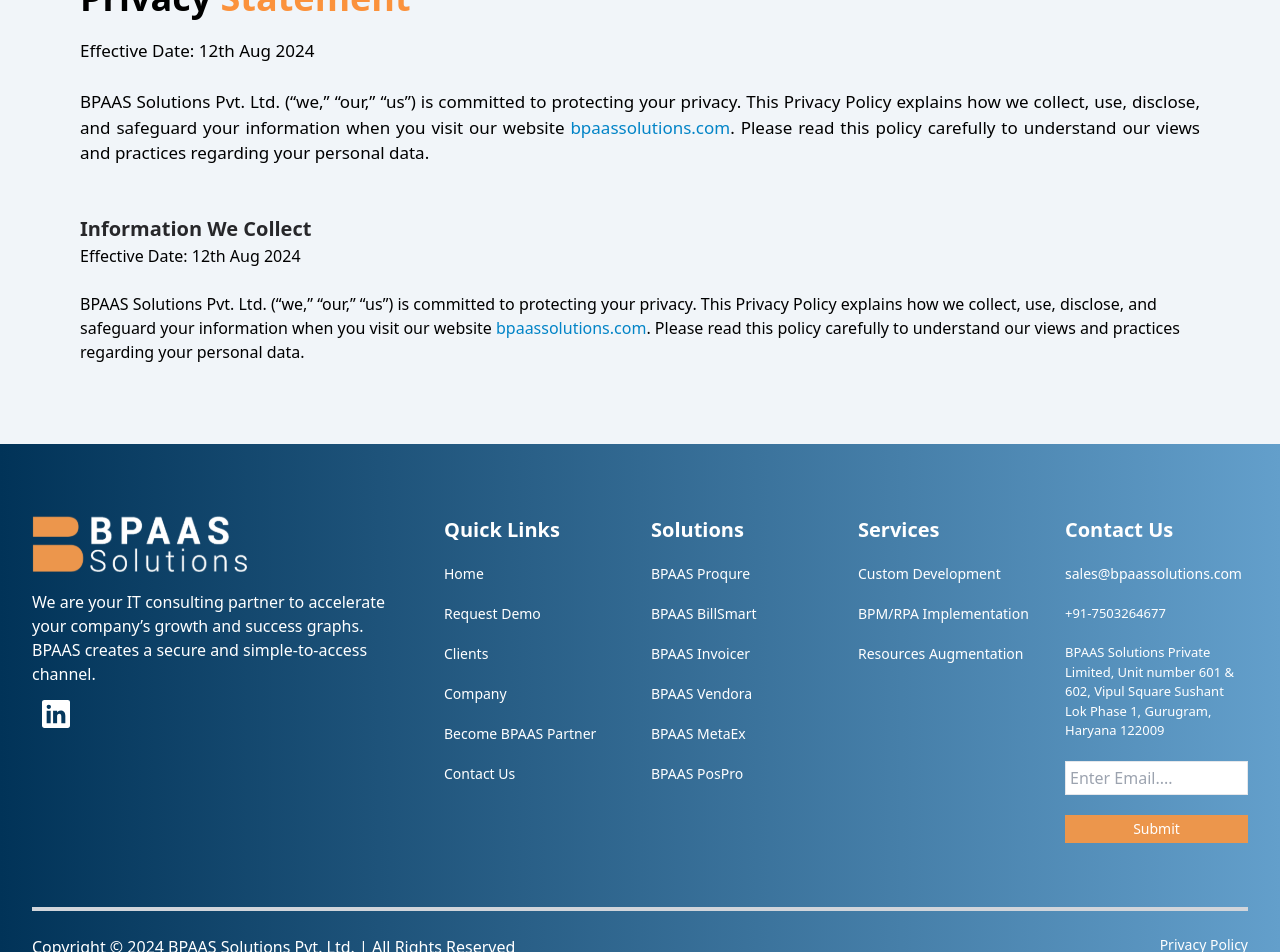
Repository: captainalpha/BP-Website
Page: /services/bp-services
An editor plug-in stored every save of this project. The page is shown before and after the next save, followed by the edit.
The browser window is 1280 px wide. The pictures show the part of the page from y = 758 to 1710 px (the page is 1749 px tall before and 1677 px after).
The project was rebuilt for these pictures with package versions that can differ from the ones it lists, and the page was loaded fresh each time. The framework's server and built-in components were replaced by stand-ins that run in the browser. Also part of the build but not shown: next.config.js, components/common/TopBanner.js, components/common/SectionHeader.js.

Above is the page before, as saved 2024-08-13 15:21:40.

### pages/_app.js
import Navbar from "../components/common/Navbar";
import "../styles/globals.css";
import Footer from "../components/common/Footer";

import "swiper/css";
import "swiper/css/navigation";
import "swiper/css/pagination";



import { motion, AnimatePresence } from "framer-motion";
import CookiesMain from "../components/common/CookiesMain";

// import styles from './slider.module.scss'
function MyApp({ Component, pageProps, router }) {
  const spring = {
    type: "spring",
    damping: 20,
    stiffness: 100,
    when: "afterChildren",
  };
  return (
    <>
      <div className="z-50 scroll-smooth">
        <Navbar />
      </div>
      <AnimatePresence>
        <div className="page-transition-wrapper">
          <motion.div
            transition={spring}
            key={router.pathname}
            initial={{ y: -300, opacity: 0 }}
            animate={{ y: 0, opacity: 1 }}
            exit={{ y: 300, opacity: 0 }}
            id="page-transition-container"
          >
            <Component {...pageProps} /> <Footer />{" "}
            <CookiesMain/>
          </motion.div>
        </div>
      </AnimatePresence>
    </>
  );
}

export default MyApp;

### pages/services/bp-services.js
import TopBanner from "../../components/common/TopBanner";
import SectionHeader from "../../components/common/SectionHeader";
import TopBanner2 from "../../components/common/TopBanner2";
import Image from "next/image";
import Link from "next/link";

function BpServices() {
  return (
    <div>
      <div className="relative">
        <TopBanner2
          image={"/images/policy-service2.jpg"}
          title="Privacy Policy"
          discription="This Privacy Policy explains how we collect, use, disclose, and safeguard your information when you visit our website."
          btnShow={false}
        />
        <div className="absolute top-[1em] right-[10em]">
          <Image
            src="/images/privacypolicy2.png"
            className="w-1/2 mx-auto"
            width="500"
            height="500"
            alt="customer-developement"
          />
        </div>
      </div>

      <div className=" bg-slate-100  p-[5em]">
        <div className="container mx-auto max-w-6xl">
          <div className="text-left">
            <h1 className="lg:text-4xl text-3xl font-bold capitalize ">
              <span>Privacy</span>{" "}
              <span className="text-[#fb923c]">Statement</span>
            </h1>
          </div>
          <div className="mt-5">
            {/* <h1 className="text-1xl font-bold text-zinc-800">Objective:</h1> */}
            <p className="text-[17px] text-justify">
              Effective Date: 12th Aug 2024 <br/><br/> BPAAS Solutions Pvt. Ltd. (“we,”
              “our,” “us”) is committed to protecting your privacy. This Privacy
              Policy explains how we collect, use, disclose, and safeguard your
              information when you visit our website  {' '}
              <Link passHref href="/">
            <a className="text-sky-600 hover:text-orange">
            bpaassolutions.com
            </a>
          </Link>
              . Please read this policy
              carefully to understand our views and practices regarding your
              personal data.
            </p>
          </div>
          <div className="mt-[3em]">
            <h1 className="text-[20px] font-bold text-zinc-800">Information We Collect</h1>
            <p>
              Effective Date: 12th Aug 2024 <br/><br/> BPAAS Solutions Pvt. Ltd. (“we,”
              “our,” “us”) is committed to protecting your privacy. This Privacy
              Policy explains how we collect, use, disclose, and safeguard your
              information when you visit our website  {' '}
              <Link passHref href="/"><a className="text-sky-600 hover:text-orange">bpaassolutions.com</a></Link>.
              Please read this policy carefully to understand our views and practices regarding your personal data.
            </p>
          </div>
        </div>
      </div>
    </div>
  );
}

export default BpServices;

### styles/globals.css
@tailwind base;
@tailwind components;
@tailwind utilities;

.mySwiper {
  padding: 0 3rem;
}
.swiper-button-next {
  color: white;
  font-size: 20px !important;
}
.swiper-button-prev {
  color: white;
  font-size: 20px !important;
}
.swiper-button-prev:after {
  color: white;
  font-size: 20px !important;
}
.swiper-button-next:after {
  color: white;
  font-size: 20px !important;
}
.container-bpaas{
  max-width: 1100px;
}

/* .swiper-button-prev {

  background-image: url("data:[embedded picture, 251 characters]");
} */
.swiper-button-prev:after {

  border: 2px solid white;
  border-radius: 30%;
  /* width: 25%; */
  background: #ec964c;
  padding: 20%;
}
/* .swiper-button-next {
  background-image: url("data:[embedded picture, 251 characters]");
} */
.swiper-button-next:after {

  border: 2px solid white;
  border-radius: 30%;
  /* width: 25%; */
  background: #ec964c;
  padding: 20%;
}

@media only screen and (max-width: 600px) {
  .swiper-button-next:after {
    display: none;
  }
}
@media only screen and (max-width: 600px) {
  .swiper-button-prev:after {
    display: none;
  }
}




/*OEM Modal */
@layer utilities {
  @keyframes modalOpen {
    0% {
      clip-path: polygon(0 0, 0 0, 0 100%, 0 100%);
      opacity: 0;
    }
    100% {
      clip-path: polygon(0 0, 100% 0, 100% 100%, 0 100%);
      opacity: 1;
    }
  }

  @keyframes modalClose {
    0% {
      clip-path: polygon(0 0, 100% 0, 100% 100%, 0 100%);
      opacity: 1;
    }
    100% {
      clip-path: polygon(50% 0, 50% 0, 50% 100%, 50% 100%);
      opacity: 0;
    }
  }

  .animate-modalOpen {
    animation: modalOpen 0.5s forwards;
  }

  .animate-modalClose {
    animation: modalClose 0.5s forwards;
  }

  .custom-aspect-ratio {
    box-shadow: rgba(149, 157, 165, 0.2) 0px 8px 24px;
    aspect-ratio: 3 / 2;
  }
}

### components/common/Footer.js
import Image from "next/image";
import Link from "next/link";

export default function Footer() {
  return (
    <footer className=" bg-gradient-to-r from-primary to-secondary text-white p-5 md:p-8">
      <div className="  py-10 ">
        <div className="lg:grid lg:grid-cols-9 gap-5">
          <div className="w-full  lg:col-span-3">
            <div className=" space-y-3">
              <div className="">
                <Image
                  alt=""
                  src={require("../../assets/bpass-logo-white.svg")}
                />
              </div>

              <p className="max-w-sm mt-4 ">
                We are your IT consulting partner to accelerate your company’s
                growth and success graphs. BPAAS creates a secure and
                simple-to-access channel.
              </p>

              <div className="flex mt-4 ">
                <a
                  href="https://www.linkedin.com/company/bpaas-solutions-pvt-ltd/"
                  className="mx-2 "
                  aria-label="Linkden"
                >
                  <svg className="w-8 h-8 fill-current" viewBox="0 0 512 512">
                    <path d="M444.17,32H70.28C49.85,32,32,46.7,32,66.89V441.61C32,461.91,49.85,480,70.28,480H444.06C464.6,480,480,461.79,480,441.61V66.89C480.12,46.7,464.6,32,444.17,32ZM170.87,405.43H106.69V205.88h64.18ZM141,175.54h-.46c-20.54,0-33.84-15.29-33.84-34.43,0-19.49,13.65-34.42,34.65-34.42s33.85,14.82,34.31,34.42C175.65,160.25,162.35,175.54,141,175.54ZM405.43,405.43H341.25V296.32c0-26.14-9.34-44-32.56-44-17.74,0-28.24,12-32.91,23.69-1.75,4.2-2.22,9.92-2.22,15.76V405.43H209.38V205.88h64.18v27.77c9.34-13.3,23.93-32.44,57.88-32.44,42.13,0,74,27.77,74,87.64Z" />
                  </svg>
                </a>

                {/* <a href="/contact-us" className="mx-2 " aria-label="Facebook">
                  <svg className="w-4 h-4 fill-current" viewBox="0 0 512 512">
                    <path d="M455.27,32H56.73A24.74,24.74,0,0,0,32,56.73V455.27A24.74,24.74,0,0,0,56.73,480H256V304H202.45V240H256V189c0-57.86,40.13-89.36,91.82-89.36,24.73,0,51.33,1.86,57.51,2.68v60.43H364.15c-28.12,0-33.48,13.3-33.48,32.9V240h67l-8.75,64H330.67V480h124.6A24.74,24.74,0,0,0,480,455.27V56.73A24.74,24.74,0,0,0,455.27,32Z" />
                  </svg>
                </a>

                <a href="/contact-us" className="mx-2 " aria-label="Twitter">
                  <svg className="w-4 h-4 fill-current" viewBox="0 0 512 512">
                    <path d="M496,109.5a201.8,201.8,0,0,1-56.55,15.3,97.51,97.51,0,0,0,43.33-53.6,197.74,197.74,0,0,1-62.56,23.5A99.14,99.14,0,0,0,348.31,64c-54.42,0-98.46,43.4-98.46,96.9a93.21,93.21,0,0,0,2.54,22.1,280.7,280.7,0,0,1-203-101.3A95.69,95.69,0,0,0,36,130.4C36,164,53.53,193.7,80,211.1A97.5,97.5,0,0,1,35.22,199v1.2c0,47,34,86.1,79,95a100.76,100.76,0,0,1-25.94,3.4,94.38,94.38,0,0,1-18.51-1.8c12.51,38.5,48.92,66.5,92.05,67.3A199.59,199.59,0,0,1,39.5,405.6,203,203,0,0,1,16,404.2,278.68,278.68,0,0,0,166.74,448c181.36,0,280.44-147.7,280.44-275.8,0-4.2-.11-8.4-.31-12.5A198.48,198.48,0,0,0,496,109.5Z" />
                  </svg>
                </a> */}
              </div>
            </div>
          </div>

          <div className="mt-6 lg:mt-0 lg:flex-1 lg:col-span-6">
            <div className="grid grid-cols-2 gap-6 sm:grid-cols-3 md:grid-cols-4">
              <div className="space-y-5">
                <h3 className="text-xl font-bold ">Quick Links</h3>
                <Link passHref href="/">
                  <a className="block  text-sm  hover:underline hover:text-orange">
                    Home
                  </a>
                </Link>

                <Link passHref href="/request-demo">
                  <a className="block  text-sm  hover:underline hover:text-orange">
                    Request Demo
                  </a>
                </Link>
                <Link passHref href="/clients">
                  <a className="block  text-sm  hover:underline hover:text-orange">
                    Clients
                  </a>
                </Link>
                <Link passHref href="/about-us">
                  <a className="block  text-sm  hover:underline hover:text-orange">
                    Company
                  </a>
                </Link>
                <Link passHref href="/become-partner">
                  <a className="block  text-sm  hover:underline hover:text-orange">
                    Become BPAAS Partner
                  </a>
                </Link>
                <Link passHref href="/contact-us">
                  <a className="block  text-sm  hover:underline hover:text-orange">
                    Contact Us
                  </a>
                </Link>
              </div>

              <div className="space-y-5">
                <h3 className="text-xl font-bold">Solutions</h3>
                <Link passHref href="/solutions/bpaas-proqure">
                  <a className="block  text-sm  hover:underline hover:text-orange">
                    BPAAS Proqure
                  </a>
                </Link>
                <Link passHref href="/solutions/bpaas-billsmart">
                  <a className="block  text-sm  hover:underline hover:text-orange">
                    BPAAS BillSmart
                  </a>
                </Link>
                <Link passHref href="/solutions/bpaas-invoicer">
                  <a className="block  text-sm  hover:underline hover:text-orange">
                    BPAAS Invoicer
                  </a>
                </Link>
                <Link passHref href="/solutions/bpaas-vendora">
                  <a className="block  text-sm  hover:underline hover:text-orange">
                    BPAAS Vendora
                  </a>
                </Link>
                {/* <Link passHref href="/solutions/bpaas-smartex">
                  <a className="block  text-sm  hover:underline hover:text-orange">
                    BPAAS SmartEx
                  </a>
                </Link> */}
                <a
                  className="block  text-sm  hover:underline hover:text-orange"
                  href="https://metasolve.io/"
                  target="_blank"
                  rel="noreferrer"
                >
                  BPAAS MetaEx
                </a>
                <Link passHref href="/solutions/bpaas-pospro">
                  <a className="block  text-sm  hover:underline hover:text-orange">
                    BPAAS PosPro
                  </a>
                </Link>
              </div>

              <div className="space-y-5">
                <h3 className=" text-xl font-bold  ">Services</h3>

                <Link passHref href="/services/custom-development">
                  <a className="block  text-sm  hover:underline hover:text-orange">
                    Custom Development
                  </a>
                </Link>
                <Link passHref href="/services/bpm-rpa-implementation">
                  <a className="block  text-sm  hover:underline hover:text-orange">
                    BPM/RPA Implementation
                  </a>
                </Link>
                <Link passHref href="/services/resource-augmentation">
                  <a className="block  text-sm  hover:underline hover:text-orange">
                    Resources Augmentation
                  </a>
                </Link>
              </div>

              <div className="space-y-5">
                <h3 className=" text-xl font-bold ">Contact Us</h3>
                {/* <span className="block  text-sm  hover:underline hover:text-orange">
                  abhishek.kumar@bpaassolutions.com
                </span> */}
                <span className="block  text-sm  hover:underline hover:text-orange">
                  sales@bpaassolutions.com
                </span>
                <span className="block  text-[13px]  hover:underline hover:text-orange">
                  +91-7503264677
                </span>
                <span className="block  text-[13px]  hover:underline hover:text-orange">
                  BPAAS Solutions Private Limited, Unit number 601 & 602, Vipul
                  Square Sushant Lok Phase 1, Gurugram, Haryana 122009
                </span>
                <input
                  className="block p-1 outline-none border text-black w-full"
                  placeholder="Enter Email...."
                />
                <button className="text-sm bg-orange px-2 py-1 w-full">
                  Submit
                </button>
              </div>
            </div>
          </div>
        </div>
      </div>
      <hr className="h-1 w-full my-6 bg-gray-300 border-none " />

      <div className="flex justify-between">
        <div>
          <p className="text-center text-white">
            Copyright © 2024 BPAAS Solutions Pvt. Ltd. | All Rights Reserved
          </p>
        </div>
        <div>
          <Link passHref href="/services/bp-services">
            <a className="block  text-sm  hover:underline hover:text-orange">
            Privacy Policy
            </a>
          </Link>
        </div>
      </div>
    </footer>
  );
}

### components/common/CookiesMain.js
import { useState, useEffect } from 'react';
import Cookies from 'js-cookie';


const CookiesMain = () => {
    const [showBanner, setShowBanner] = useState(false);

  useEffect(() => {
    const consent = Cookies.get('cookie-consent');
    if (!consent) {
      setShowBanner(true);
    }
  }, []);

  const acceptCookies = () => {
    Cookies.set('cookie-consent', 'true', { expires: 365 });
    setShowBanner(false);
  };

  if (!showBanner) return null;
  return (
    <>

    <div className="fixed bottom-0 left-0 right-0 bg-gray-800 text-white p-4 flex justify-between items-center z-50">
      <span>We use cookies to improve your experience. By using our website, you agree to our cookie policy.</span>
      <button
        onClick={acceptCookies}
        className="bg-orange text-white px-4 md:px-10 py-2"
      >
        Accept
      </button>
    </div>

    </>
  )
}
export default CookiesMain

### components/common/TopBanner2.js
import Link from "next/link";
function TopBanner2({ image, title, discription, onClick,btnShow}) {
  return (
    <div
      style={{ backgroundImage: `url(${image})` }}
      className={`lg:h-[80vh] h-[60vh] mt-20 w-full text-white flex p-10 items-center bg-no-repeat bg-cover `}
    >
      <div className="space-y-4 lg:w-1/2  md:text-left">
        <h1 className="lg:text-5xl text-3xl font-bold capitalize ">{title}</h1>
        <p className="w-full lg:text-xl lg:text-justify tracking-tighter">
          {discription}
        </p>
    {btnShow&&(
        <Link passHref href="/request-demo">
          <button className="px-8 py-2  border-white border-2 hover:bg-orange font-medium text-xl">
            Request Demo
          </button>
        </Link>
    )}
      </div>
    </div>
  );
}

export default TopBanner2;

### tailwind.config.js
module.exports = {
  content: [
    "./pages/**/*.{js,ts,jsx,tsx}",
    "./components/**/*.{js,ts,jsx,tsx}",
  ],
  theme: {
    extend: {
      keyframes: {
        modalOpen: {
          '0%': { transform: 'scale(0)', opacity: 0 },
          '100%': { transform: 'scale(1)', opacity: 1 },
        },
        modalClose: {
          '0%': { transform: 'scale(1)', opacity: 1 },

        },
        fragmentIn: {
          '0%': { opacity: 0, transform: 'translate(-50px, -50px)' },
          '100%': { opacity: 1, transform: 'translate(0, 0)' },
        },
        fragmentOut: {
          '0%': { opacity: 1, transform: 'translate(0, 0)' },
          '100%': { opacity: 0, transform: 'translate(50px, 50px)' },
        },

      },
      animation: {
        modalOpen: 'modalOpen 0.5s ease-out forwards',
        modalClose: 'modalClose 0.5s ease-in forwards',
        fragmentIn: 'fragmentIn 0.5s ease-out forwards',
        fragmentOut: 'fragmentOut 0.5s ease-in forwards',
      },
      backgroundImage: {
        "testimonial-bg": "url('/img/hero-pattern.svg')",
        "testimonial-bgs": "url('/')",
      },
      colors: {
        primary: "#013358",
        secondary: "#639FCB",
        primaryText: "#1D669C",
        orange: "#EC964C",
        glassEffect:
          "linear-gradient(105.47deg, #FFFFFF -13.63%, rgba(255, 255, 255, 0) 108.8%)",
      },
      backgroundSize: {
        "size-200": "200% 200%",
      },
      backgroundPosition: {
        "pos-0": "0% 0%",
        "pos-100": "100% 100%",
      },
    },
    variants: {
      fill: ["hover", "focus"],
    },
    boxShadow: {
      "3xl": "0 35px 60px -15px rgba(0, 0, 0, 0.3)",
    },
  },
  plugins: [],
};

Loaded but not shown: components/common/Navbar.js (726 lines, source omitted)

After the next save:
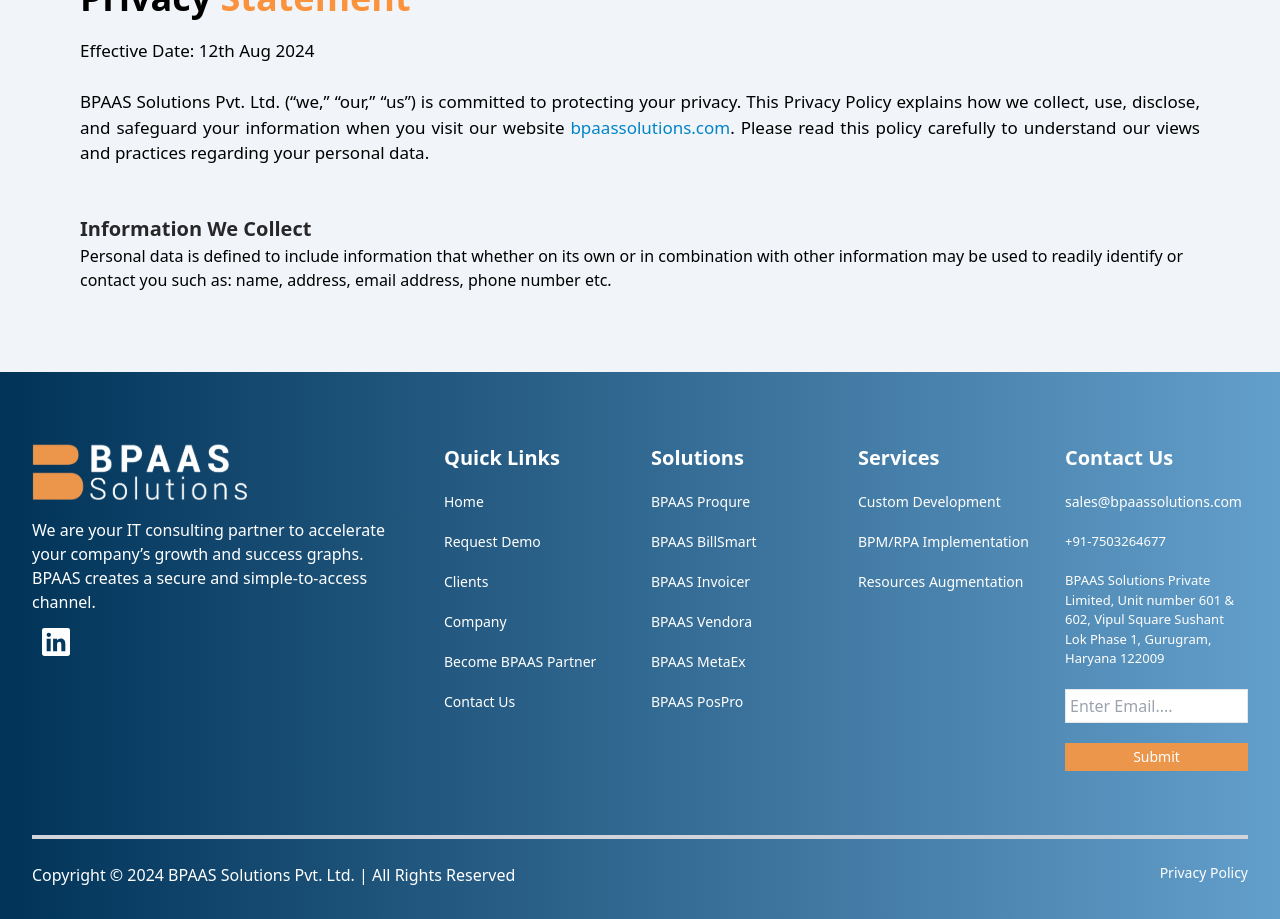
Saved 44 s later.
--- a/pages/services/bp-services.js
+++ b/pages/services/bp-services.js
@@ -53,12 +53,7 @@
           <div className="mt-[3em]">
             <h1 className="text-[20px] font-bold text-zinc-800">Information We Collect</h1>
             <p>
-              Effective Date: 12th Aug 2024 <br/><br/> BPAAS Solutions Pvt. Ltd. (“we,”
-              “our,” “us”) is committed to protecting your privacy. This Privacy
-              Policy explains how we collect, use, disclose, and safeguard your
-              information when you visit our website  {' '}
-              <Link passHref href="/"><a className="text-sky-600 hover:text-orange">bpaassolutions.com</a></Link>.
-              Please read this policy carefully to understand our views and practices regarding your personal data.
+            Personal data is defined to include information that whether on its own or in combination with other information may be used to readily identify or contact you such as: name, address, email address, phone number etc.
             </p>
           </div>
         </div>
